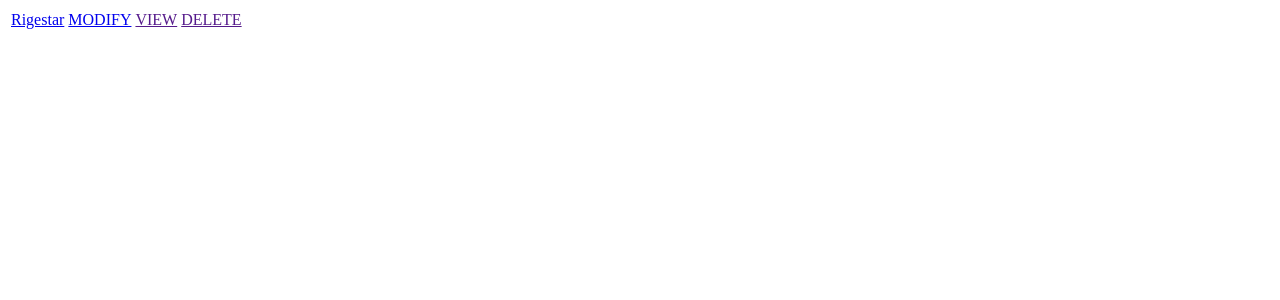
Repository: khadri2021/A2023_Task_Property_Management
Page: AdderssMakersWeb/WebContent/middle.html
An editor plug-in stored every save of this project. The page is shown before and after the next save, followed by the edit.
The browser window is 1280 px wide. The pictures show the whole page.

Above is the page before, as saved 2024-02-11 08:02:46.

After the next save:
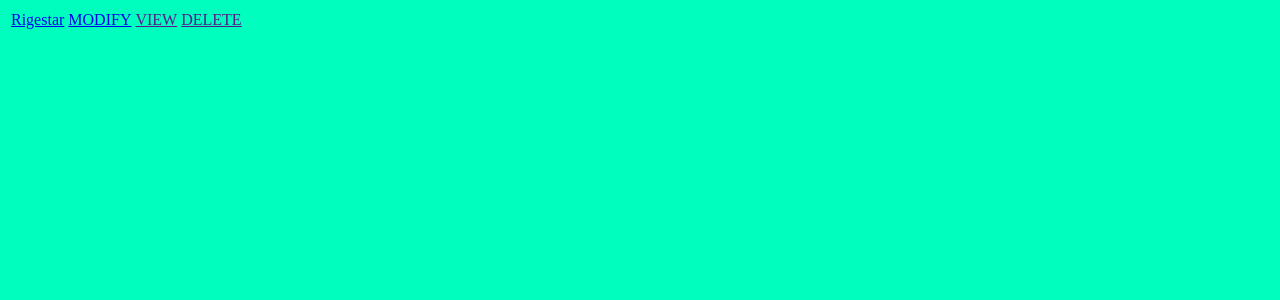
Saved 2 h 41 min later.
--- a/AdderssMakersWeb/WebContent/middle.html
+++ b/AdderssMakersWeb/WebContent/middle.html
@@ -6,7 +6,7 @@
 </head>
 
 
- <body bg-color="#00ffbf">
+ <body bgcolor="#00ffbf">
 	<table>
 		<tr>
 			<td><a href="Add.jsp" target="bottom">Rigestar</a></td>
